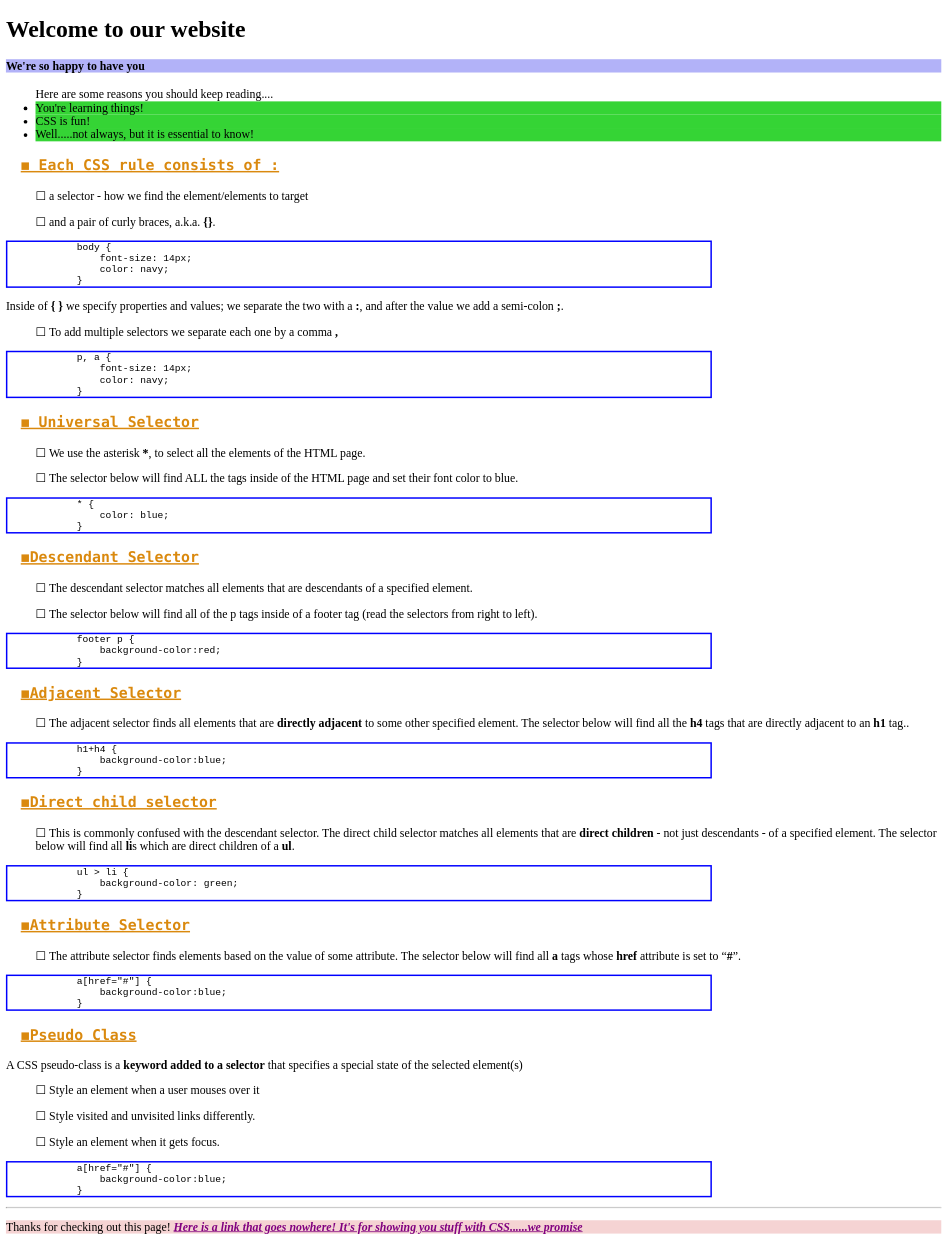
Repository: AnnaSpirit/Tests__
Page: CSS/Useful_Selectors.html
The author's editor kept a copy of each file at every save. The page is drawn from the files as they stood at one save, then again after a run of saves.
The browser window is 1280 px wide. The pictures show the whole page, at 74% of full size.

Above is the page before, as saved 2024-04-01 17:59:24.

### CSS/Useful_Selectors.html
<!DOCTYPE html>
<html lang="en">
<head>
    <meta charset="UTF-8">
    <meta name="viewport" content="width=device-width, initial-scale=1.0">
    <title>Useful Selectors</title>
    <link rel="stylesheet" href="style_Selectors.css">
</head>
<body>
    <header>
        <h1>Welcome to our website</h1>
        <h4>We're so happy to have you</h4>
    </header>
    <section>
        <ul> Here are some reasons you should keep reading....
            <li>You're learning things!</li>
            <li>CSS is fun!</li>
            <li>Well.....not always, but it is essential to know!</li>
        </ul>
    </section>
    <section>
        <h3 style="padding-left: 20px;"> &#9724; Each CSS rule consists of :</h3>
            <p style="padding-left: 40px;"> &#9744; a selector - how we find the element/elements to target</p>
            <p style="padding-left: 40px;"> &#9744; and a pair of curly braces, a.k.a. <b>{}</b>.</p>
    <span >
        <pre style="border: 2px solid blue; margin-right: 310px">
            body {
                font-size: 14px;
                color: navy;
            }</pre></span>
    <p>Inside of <b>{ }</b> we specify properties and values; we separate the two with a <b>:</b>, and after the value we add a semi-colon <b>;</b>.</p>
            <p style="padding-left: 40px;"> &#9744; To add multiple selectors we separate each one by a comma <b>,</b></p>
    <span>
        <pre style="border: 2px solid blue; margin-right: 310px">
            p, a {
                font-size: 14px;
                color: navy;
            }</pre>
        </span>
        <h3 style="padding-left: 20px;"> &#9724; Universal Selector</h3>
        <p style="padding-left: 40px;">&#9744; We use the asterisk <b>*</b>, to select all the elements of the HTML page.</p>
        <p style="padding-left: 40px;">&#9744; The selector below will find ALL the tags inside of the HTML page and set their font color to blue.</p>
    <span>
        <pre style="border: 2px solid blue; margin-right: 310px">
            * {
                color: blue;
            }</pre>
    </span>
    <h3 style="padding-left: 20px;"> &#9724;Descendant Selector</h3>
    <p style="padding-left: 40px;">&#9744; The descendant selector matches all elements that are descendants of a specified element.</p>
    <p style="padding-left: 40px;">&#9744; The selector below will find all of the p tags inside of a footer tag (read the selectors from right to left).</p>
    <span>
        <pre style="border: 2px solid blue; margin-right: 310px">
            footer p {
                background-color:red;
            }</pre>
    </span>
    <h3 style="padding-left: 20px;"> &#9724;Adjacent Selector</h3>
    <p style="padding-left: 40px;">&#9744; The adjacent selector finds all elements that are <b>directly adjacent</b> to some other specified element. The selector below
    will find all the <b>h4</b> tags that are directly adjacent to an <b>h1</b> tag..</p>
    <span>
        <pre style="border: 2px solid blue; margin-right: 310px">
            h1+h4 {
                background-color:blue;
            }</pre>
    </span>
    <h3 style="padding-left: 20px;"> &#9724;Direct child selector</h3>
    <p style="padding-left: 40px;">&#9744; This is commonly confused with the descendant selector. The direct child selector matches all elements that are <b>direct
    children</b> - not just descendants - of a specified element. The selector below will find all <b>li</b>s which are direct children
    of a <b>ul</b>.</p>
    <span>
        <pre style="border: 2px solid blue; margin-right: 310px">
            ul > li {
                background-color: green;
            }</pre>
    </span>
    <h3 style="padding-left: 20px;"> &#9724;Attribute Selector</h3>
    <p style="padding-left: 40px;">&#9744; The attribute selector finds elements based on the value of some attribute. The selector below will find all <b>a</b> tags
    whose <b>href</b> attribute is set to “<b>#</b>”.</p>
    <span>
        <pre style="border: 2px solid blue; margin-right: 310px">
            a[href="#"] {
                background-color:blue;
            }</pre>
    </span>

    <h3 style="padding-left: 20px;"> &#9724;Pseudo Class</h3>
    <p>A CSS pseudo-class is a <b> keyword added to a selector</b> that specifies a special state of the selected element(s)</p>
    <p style="padding-left: 40px;">&#9744; Style an element when a user mouses over it</p>
    <p style="padding-left: 40px;">&#9744; Style visited and unvisited links differently.</p>
    <p style="padding-left: 40px;">&#9744; Style an element when it gets focus.</p>
    <span>
        <pre style="border: 2px solid blue; margin-right: 310px">
            a[href="#"] {
                background-color:blue;
            }</pre>
    </span>

    </section>
    <hr>
    <footer>

        <p>
            Thanks for checking out this page!
            <a href="#">Here is a link that goes nowhere! It's for showing you stuff with CSS......we promise</a>
        </p>
    </footer>
</body>
</html>

### CSS/style_Selectors.css
/* Universal Selector */
/* * {
    color: brown;
} */
ul>li {
    background-color: rgb(53, 212, 53);
}

h3{
    color: rgb(218, 137, 14);
    font-family: "Lucida Console", Monaco, monospace;
    font-size: 20px;
    color: #DA890E;
    text-decoration: underline rgb(218, 137, 14);
}
h1+h4 {
    background-color: rgb(178, 178, 248);
}
a[href="#"] {
    color: purple;
    font-weight: bold;
    font-style: italic;
}

footer p {
    background-color: rgb(245, 211, 211);
}

After the next 3 saves:
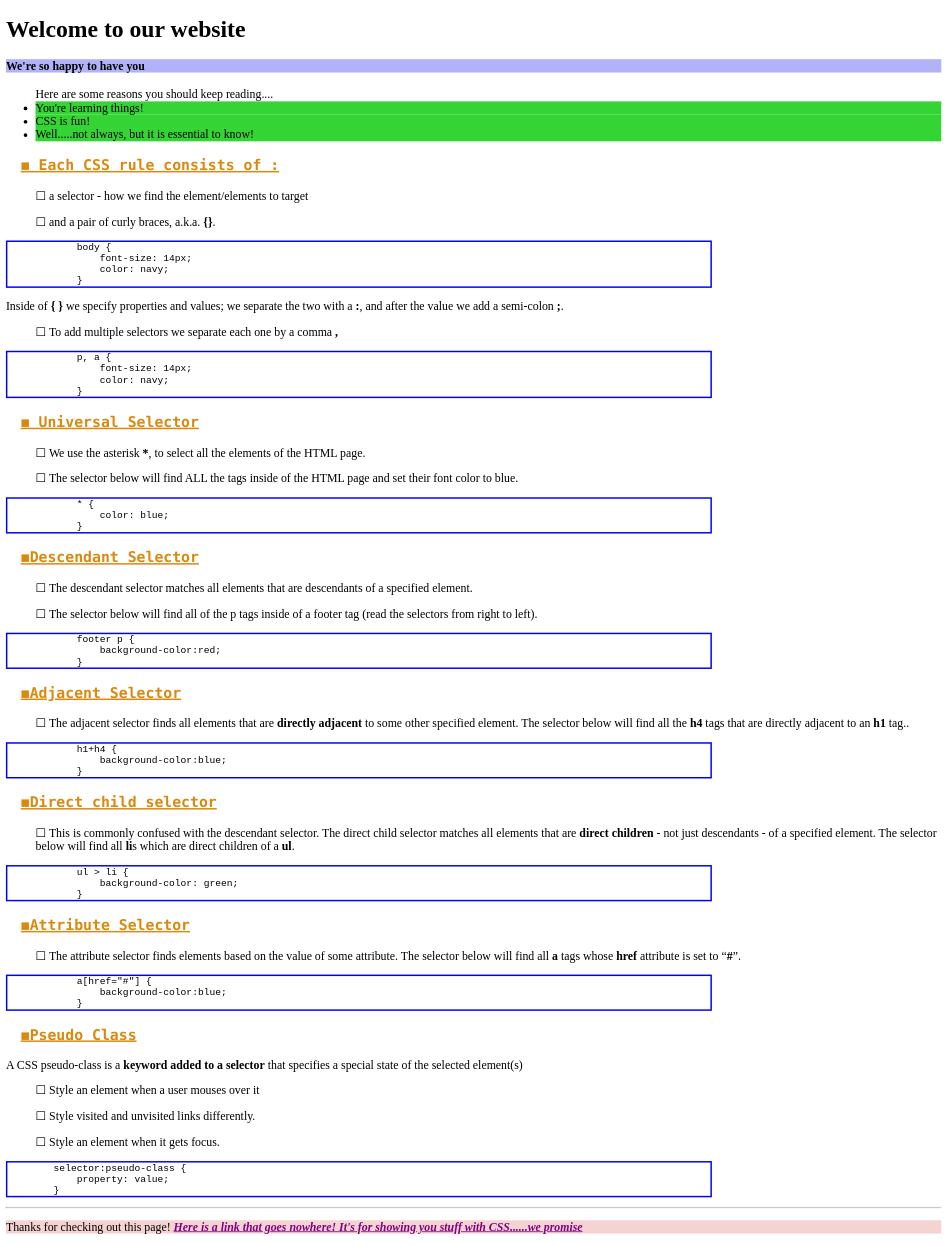
The 3 saves are shown as one change because they came seconds apart.
The last was saved 27 s later.
--- a/CSS/Useful_Selectors.html
+++ b/CSS/Useful_Selectors.html
@@ -91,9 +91,9 @@
     <p style="padding-left: 40px;">&#9744; Style an element when it gets focus.</p>
     <span>
         <pre style="border: 2px solid blue; margin-right: 310px">
-            a[href="#"] {
-                background-color:blue;
-            }</pre>
+        selector:pseudo-class {
+            property: value;
+        }</pre>
     </span>
 
     </section>
